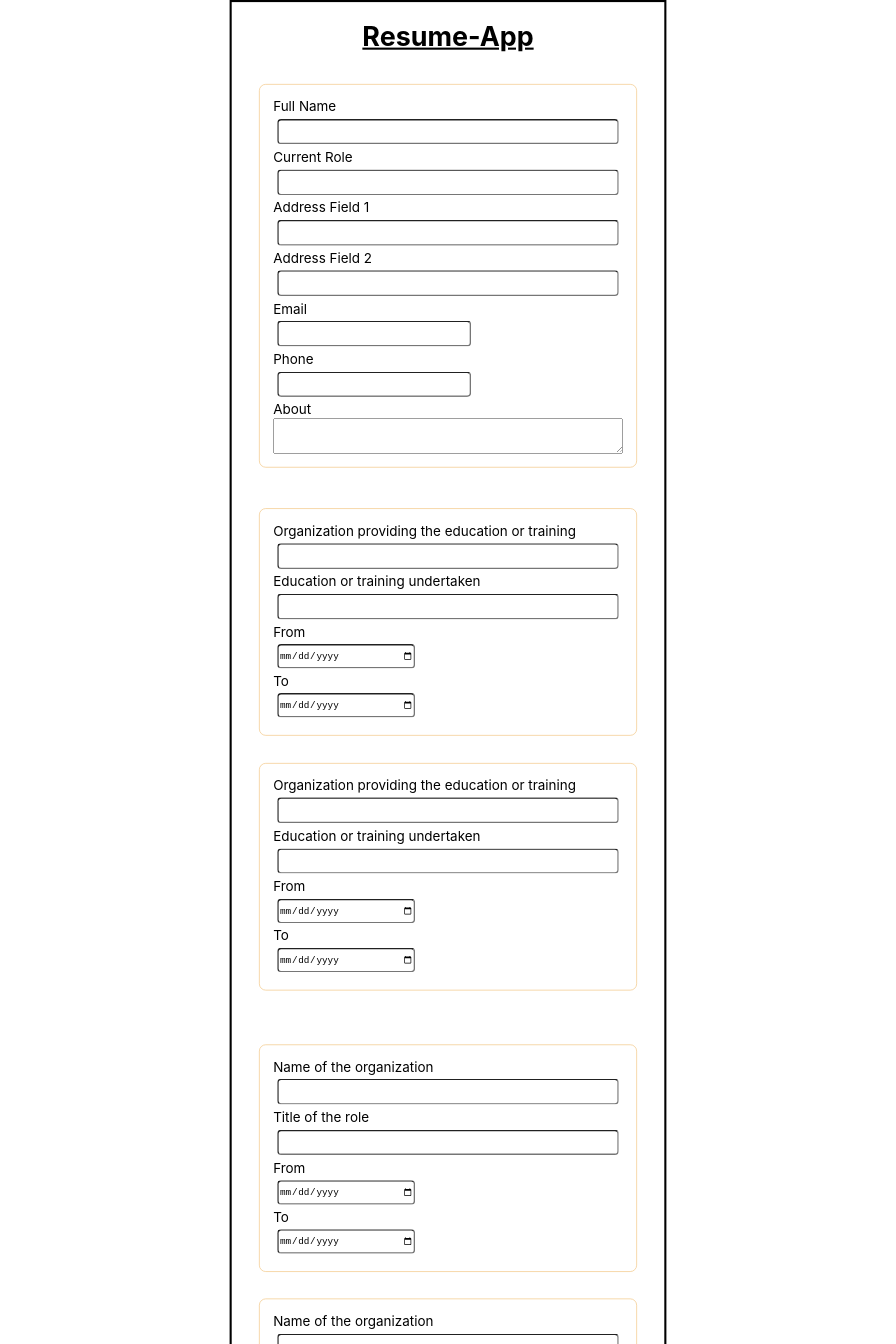
Repository: 0101chaitanya/resume-app
Page: /
The author's editor kept a copy of each file at every save. The page is drawn from the files as they stood at one save, then again after the next save.
The browser window is 1280 px wide. The pictures show the part of the page from y = 0 to 1920 px (the page is 3501 px tall), at 70% of full size.
The project was rebuilt for these pictures with package versions that can differ from the ones it lists, and the page was loaded fresh each time.

Above is the page before, as saved 2021-07-28 18:28:42.

After the next save:
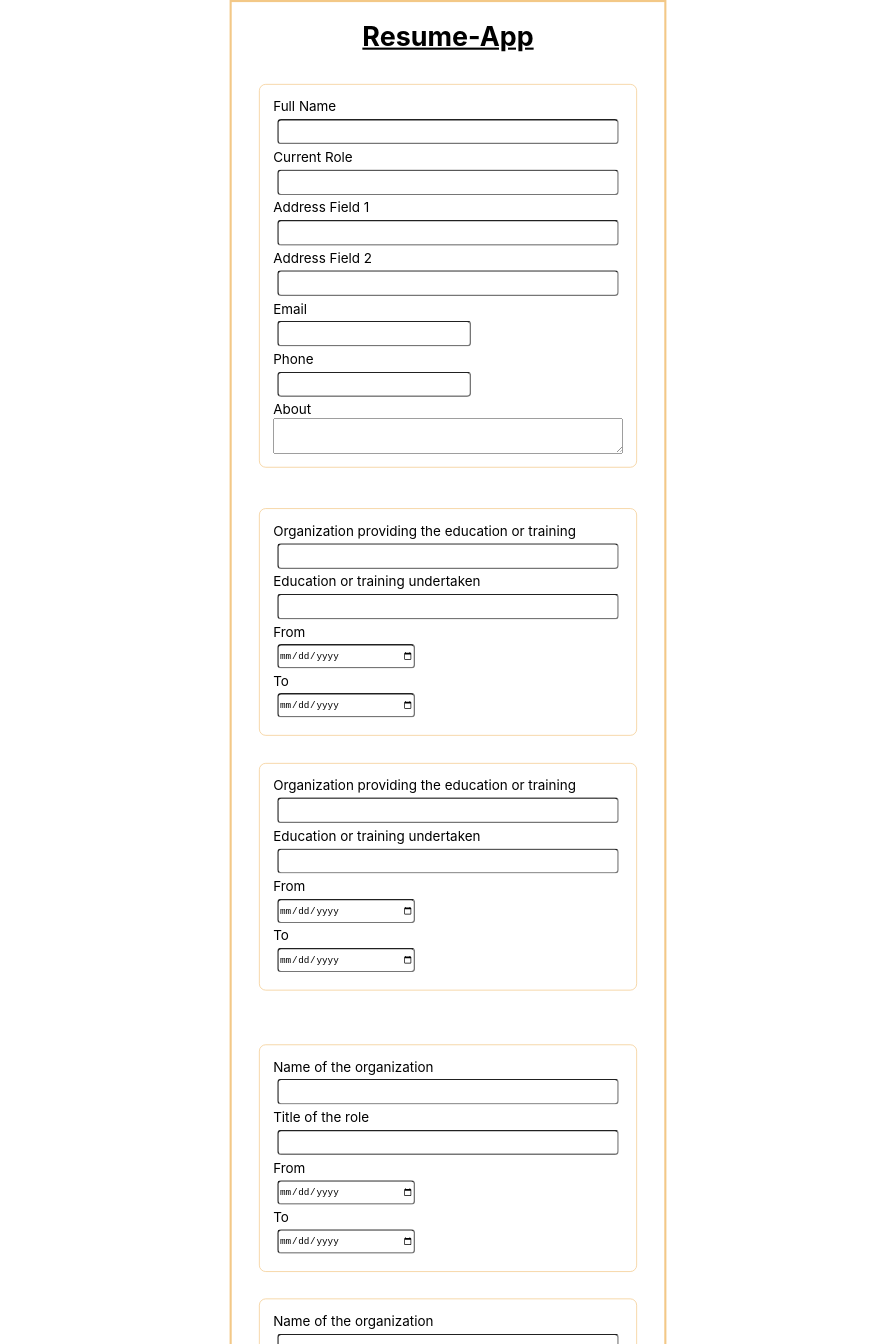
Saved 35 s later.
--- a/src/App.css
+++ b/src/App.css
@@ -10,7 +10,7 @@ input {
   margin: auto;
   display: flex;
   flex-direction: column;
-  border: 0.2rem solid;
+  border: 0.2rem solid rgb(243, 200, 135);
   width: fit-content;
   height: fit-content;
 }
